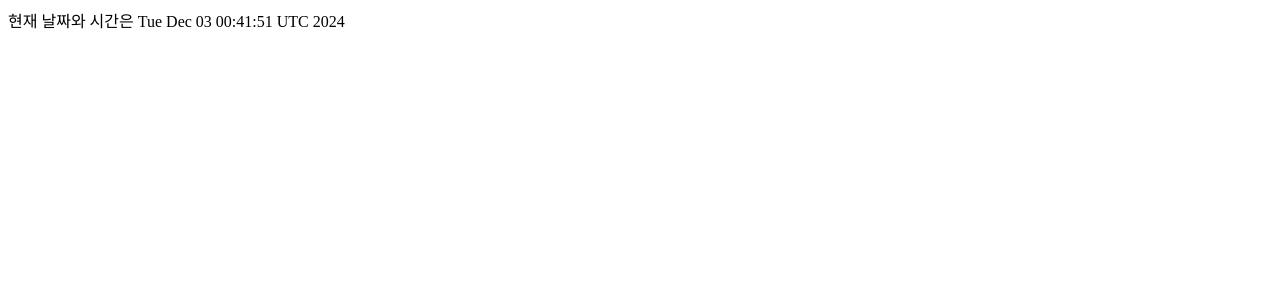
Repository: kr1124/jsp
Page: http://localhost/ServletProject/sample/sample.jsp
The author's editor kept a copy of each file at every save. The page is drawn from the files as they stood at one save, then again after the next save.
The browser window is 1280 px wide. The pictures show the whole page.
The page is served by Tomcat 9. Other server files are loaded and not shown.

Above is the page before, as saved 2024-12-04 02:06:50.

### ServletProject/src/main/webapp/sample/sample.jsp
<%@ page language="java" contentType="text/html; charset=UTF-8"
    pageEncoding="UTF-8"%>
<!DOCTYPE html>
<html>
<head>
<meta charset="UTF-8">
<title></title>
</head>
<body>
현재 날짜와 시간은 <%=new java.util.Date()%>
</body>
</html>

After the next save:
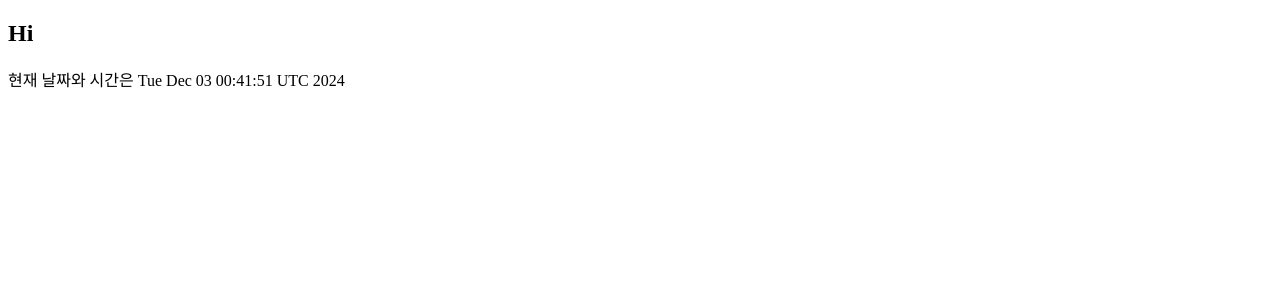
Saved 12 min 18 s later.
--- a/ServletProject/src/main/webapp/sample/sample.jsp
+++ b/ServletProject/src/main/webapp/sample/sample.jsp
@@ -7,6 +7,7 @@
 <title></title>
 </head>
 <body>
-현재 날짜와 시간은 <%=new java.util.Date()%>
+	<h2>Hi</h2>
+	현재 날짜와 시간은 <%=new java.util.Date()%>
 </body>
 </html>
